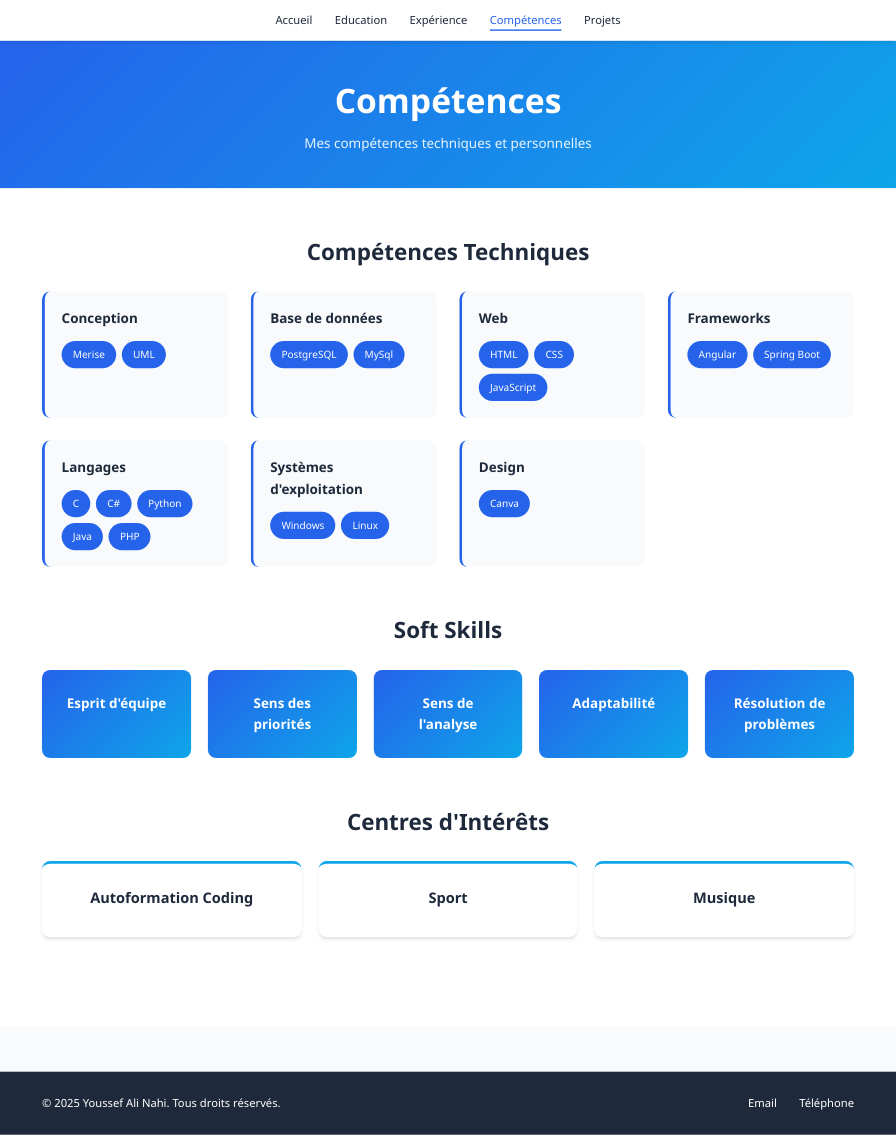
Repository: Youssef-Nahi504/My_Portfolio
Page: competences.html
The author's editor kept a copy of each file at every save. The page is drawn from the files as they stood at one save, then again after the next save.
The browser window is 1280 px wide. The pictures show the whole page, at 70% of full size.

Above is the page before, as saved 2025-12-19 16:19:10.

After the next save:
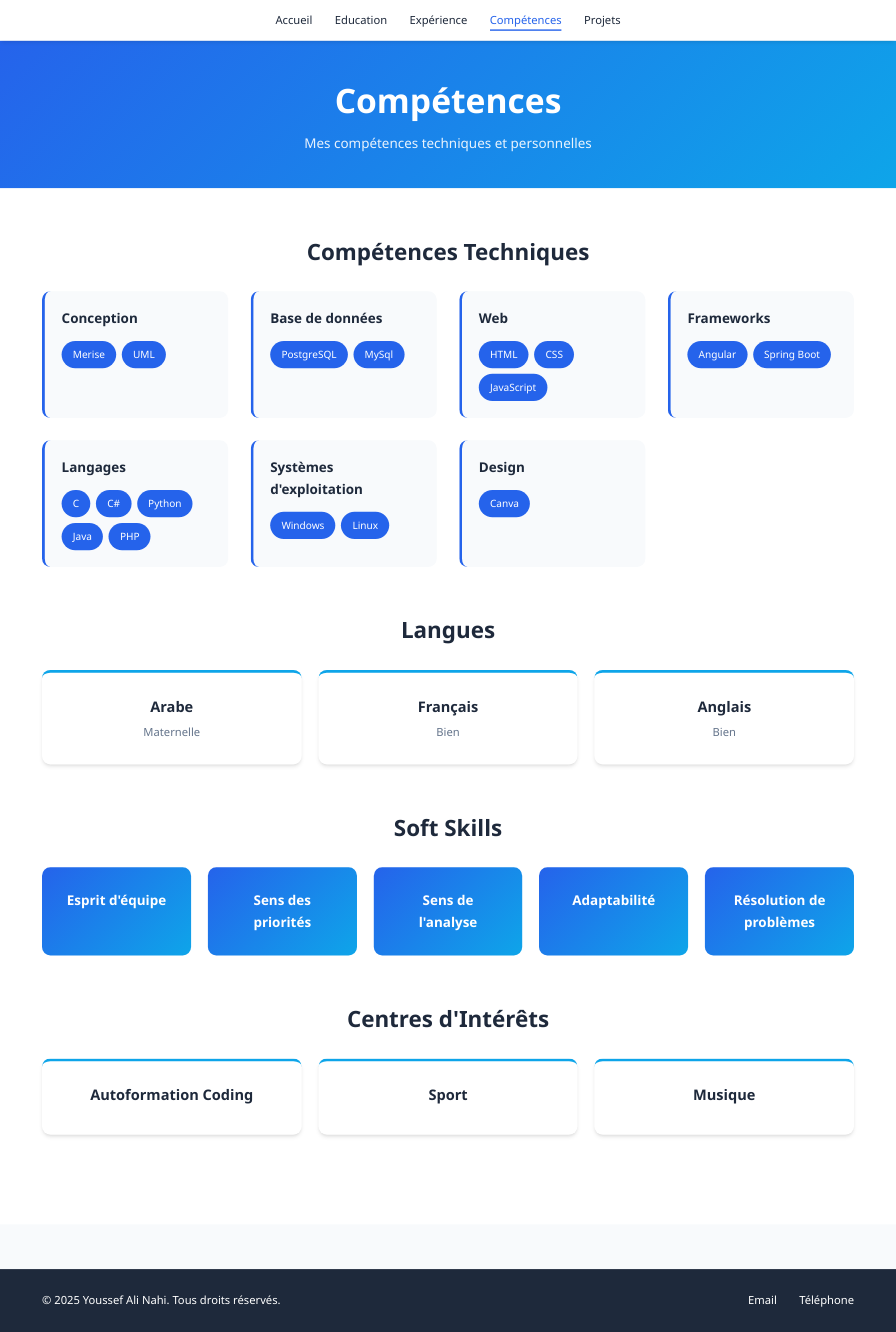
Saved 4 s later.
--- a/competences.html
+++ b/competences.html
@@ -93,6 +93,24 @@
                 </div>
 
                 <div class="skills-category">
+                    <h2 class="category-title">Langues</h2>
+                    <div class="languages-grid">
+                        <div class="language-card">
+                            <h3>Arabe</h3>
+                            <p>Maternelle</p>
+                        </div>
+                        <div class="language-card">
+                            <h3>Français</h3>
+                            <p>Bien</p>
+                        </div>
+                        <div class="language-card">
+                            <h3>Anglais</h3>
+                            <p>Bien</p>
+                        </div>
+                    </div>
+                </div>
+
+                <div class="skills-category">
                     <h2 class="category-title">Soft Skills</h2>
                     <div class="soft-skills-grid">
                         <div class="soft-skill-card">
